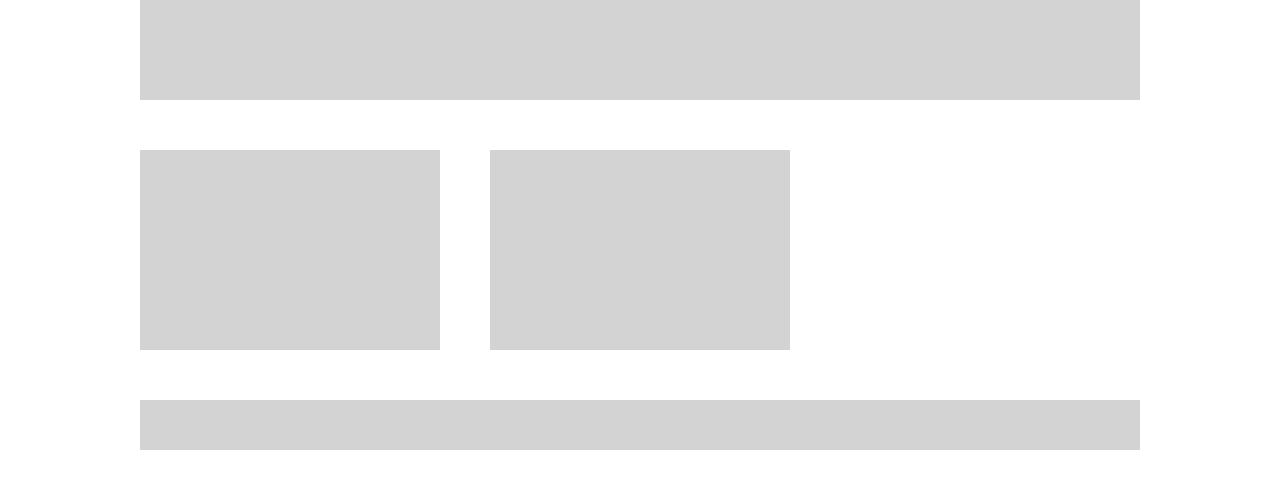
Repository: onopriienkoalina/onopriienkoalina.github.io
Page: dz9_containers/index.html
An editor plug-in stored every save of this project. The page is shown before and after the next save, followed by the edit.
The browser window is 1280 px wide. The pictures show the whole page.
The style sheet was rebuilt from its Sass, Less or Tailwind sources for each picture, by a compiler version that may differ from the author's.

Above is the page before, as saved 2021-12-01 18:39:11.

### dz9_containers/index.html
<!DOCTYPE html>
<html lang="en">
<head>
    <meta charset="UTF-8">
    <meta http-equiv="X-UA-Compatible" content="IE=edge">
    <meta name="viewport" content="width=device-width, initial-scale=1.0">
    <title>Document</title>
    <link href="reset.css" rel="stylesheet">
    <link href="css/style.css" rel="stylesheet">
</head>
<body>
    <div class="block1">
<div class="header"></div>
<div class="section1"></div>
<div class="section2"></div>
<div class="section3"></div>
<div class="footer"></div>
</div>
</body>
</html>

### dz9_containers/style.scss

.section1{
 float: left;
 width: 30%;
 height: 200px;
 background-color: #D3D3D3;
}
.section2 .section3 {
    float: left;
    width: 30%;
    height: 200px;
    margin-left: 5%;
    background-color: #D3D3D3;
}
.section3{
    float: left;
    width: 30%;
    height: 200px;
    margin-left: 5%;
    margin-bottom: 5%;
    background-color: #D3D3D3;
}
.header {
    clear: left;
    width: 100%;
    height: 100px;
    margin-bottom: 5%;
    background-color: #D3D3D3;
}
.footer {
    clear: left;
    width: 100%;
    height: 50px;
    background-color: #D3D3D3;
    margin-top: 5%;
}
.block1 {
    width: 1000px;
    margin: auto;
}

Loaded but not shown: dz9_containers/reset.css (common file)

After the next save:
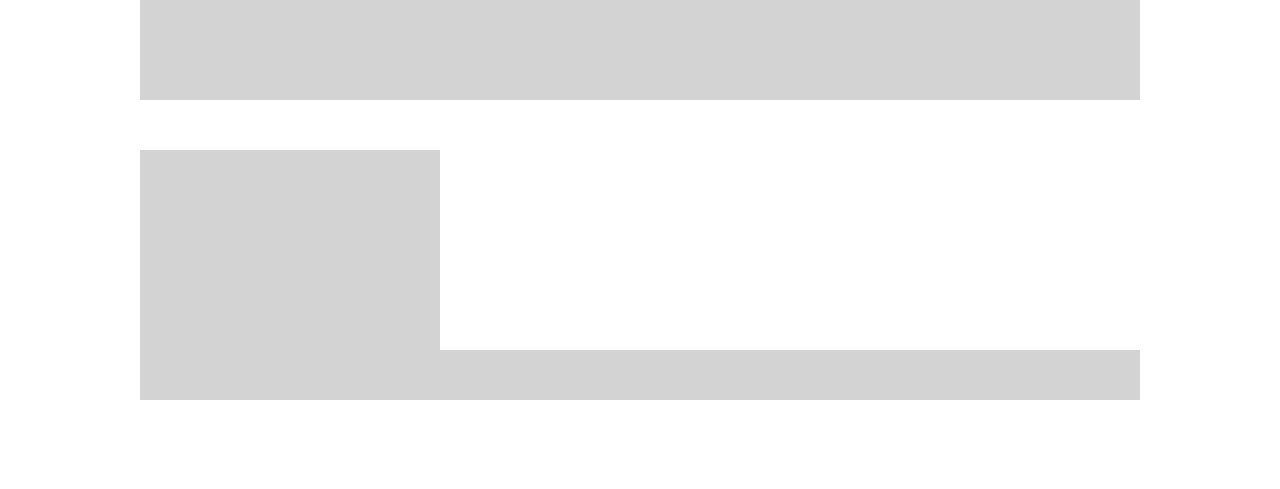
Saved 5 s later.
--- a/dz9_containers/style.scss
+++ b/dz9_containers/style.scss
@@ -10,14 +10,6 @@
     width: 30%;
     height: 200px;
     margin-left: 5%;
-    background-color: #D3D3D3;
-}
-.section3{
-    float: left;
-    width: 30%;
-    height: 200px;
-    margin-left: 5%;
-    margin-bottom: 5%;
     background-color: #D3D3D3;
 }
 .header {

After the save that followed:
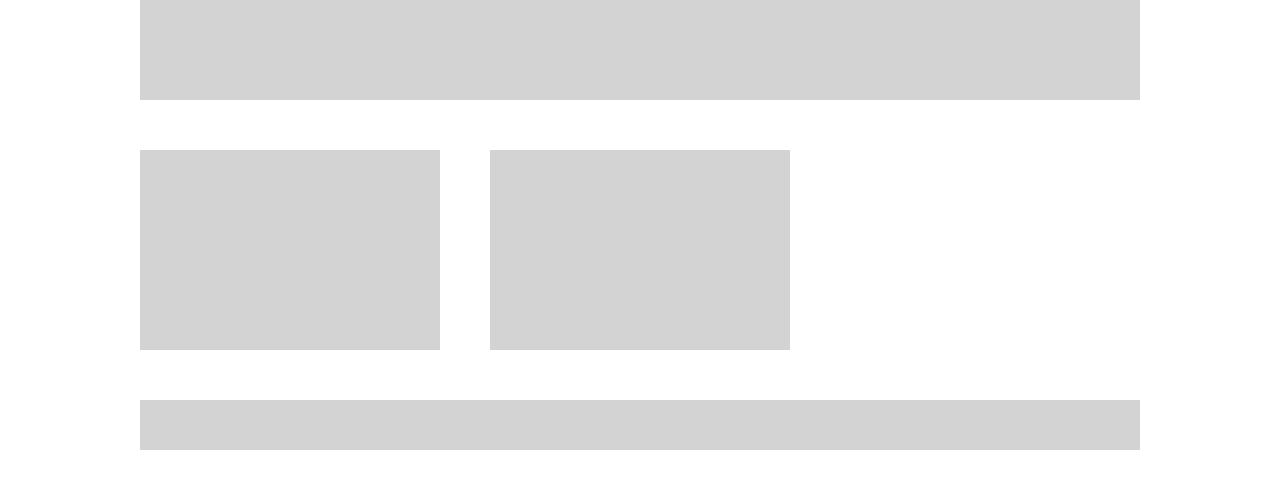
Saved 49 s later.
--- a/dz9_containers/style.scss
+++ b/dz9_containers/style.scss
@@ -10,6 +10,14 @@
     width: 30%;
     height: 200px;
     margin-left: 5%;
+    background-color: #D3D3D3;
+}
+.section3{
+    float: left;
+    width: 30%;
+    height: 200px;
+    margin-left: 5%;
+    margin-bottom: 5%;
     background-color: #D3D3D3;
 }
 .header {
